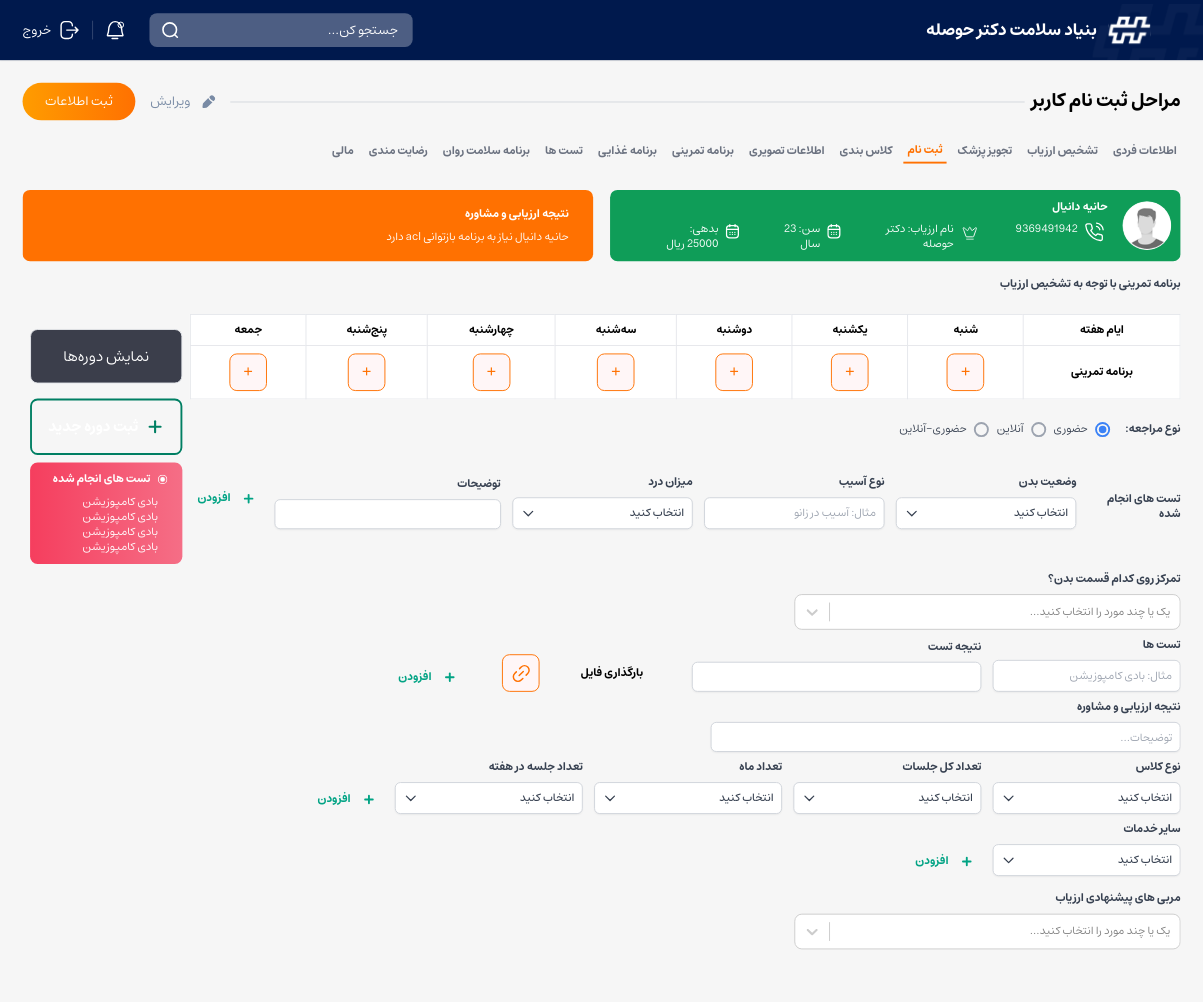
Repository: mirnajafi/ERP_hoseleh_V1.0
Page: /register, after clicking the first element matching `div.flex > :nth-child(4)`
The author's editor kept a copy of each file at every save. The page is drawn from the files as they stood at one save, then again after a run of saves.
The browser window is 1280 px wide. The pictures show the whole page, at 94% of full size.
Some web fonts or font styles are not loaded; a fallback is used. The project was rebuilt for these pictures with package versions that can differ from the ones it lists, and the page was loaded fresh each time. The framework's server and built-in components were replaced by stand-ins that run in the browser. Also part of the build but not shown: next.config.mjs, src/components/icons/trash.tsx, src/components/weekTable/weekTable.css, src/components/icons/copy.tsx, src/components/recognitionEvaluator/recognitionEvaluator.tsx.

Above is the page before, as saved 2025-02-28 23:46:00.

After the next 3 saves:
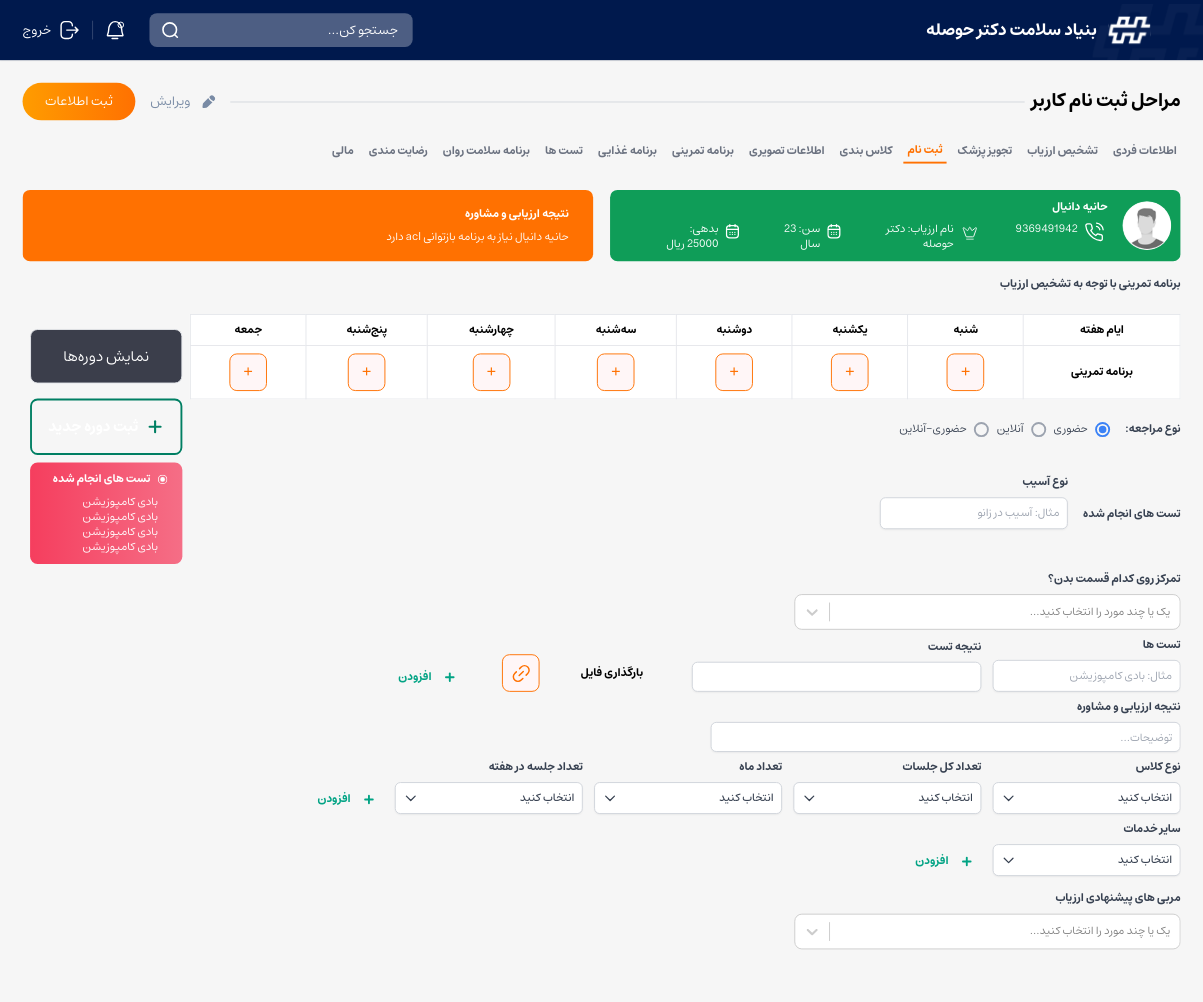
The 3 saves are shown as one change because they came seconds apart.
The last was saved 19 s later.
--- a/src/components/registration/registration.tsx
+++ b/src/components/registration/registration.tsx
@@ -84,11 +84,7 @@ const Registration = () => {
                     <div className="w-full xl:py-2 my-0  flex flex-col xl:flex-row xl:justify-start xl:items-end">
                         <label className="my-2 text-xs font-bold text-gray-700 ml-4">تست های انجام شده</label>
 
-                        <Dropdown
-                            label="وضعیت بدن"
-                            options={["ندارد", "دچار آسیب"]}
-                            onSelect={handleSelect}
-                        />
+
                         <Input
                             label="نوع آسیب"
                             type="text"
@@ -96,18 +92,7 @@ const Registration = () => {
                             onChange={() => { }}
                             placeholder="مثال: آسیب در زانو "
                         />
-                        <Dropdown
-                            label="میزان درد"
-                            options={["1", "2"]}
-                            onSelect={handleSelect}
-                        />
-                        <InputDescription
-                            label="توضیحات"
-                            value={''}
-                            placeholder=""
-                            className="xl:w-1/4 max-w-[500px]"
-                        />
-                        <TransparentBtn label='افزودن' />
+
 
                     </div>
                 </div>
